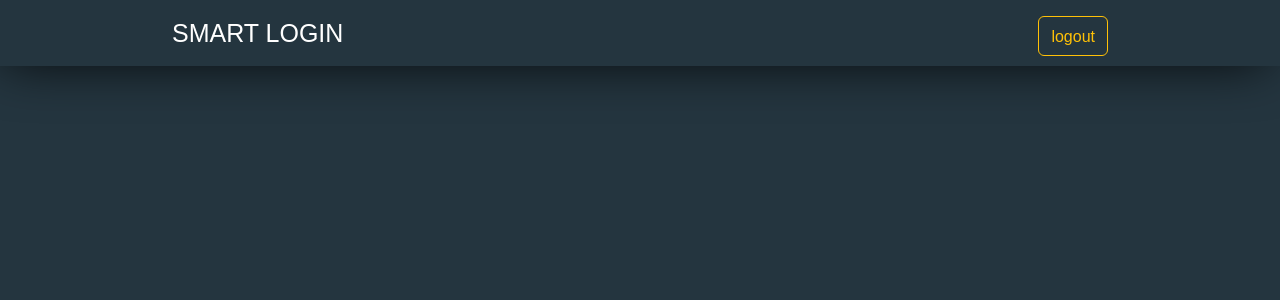
Repository: bodajava/TASK-4
Page: theerdIndex.html
These files come from the project's save history. The page is drawn as it stood at one moment and after the next save; the edit follows.
The browser window is 1280 px wide. The pictures show the whole page.

Above is the page before, as saved 2025-06-18 19:08:38.

After the next save:
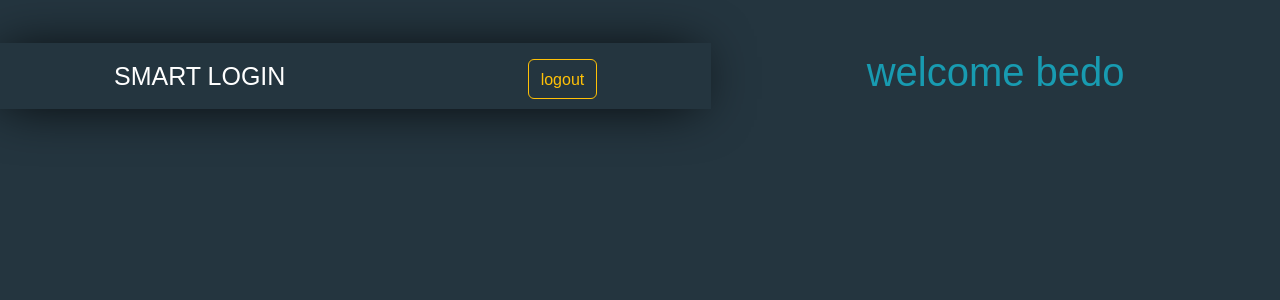
Saved 27 s later.
--- a/theerdIndex.html
+++ b/theerdIndex.html
@@ -44,6 +44,11 @@
       </nav>
     </div>
 
+    <div
+      class="group m-auto w-75 p-5 d-flex justify-content-center align-items-center"
+    >
+      <h1 id="userName">welcome bedo</h1>
+    </div>
     <script src="js/bootstrap.bundle.min.js"></script>
     <script src="js/index.js"></script>
   </body>
